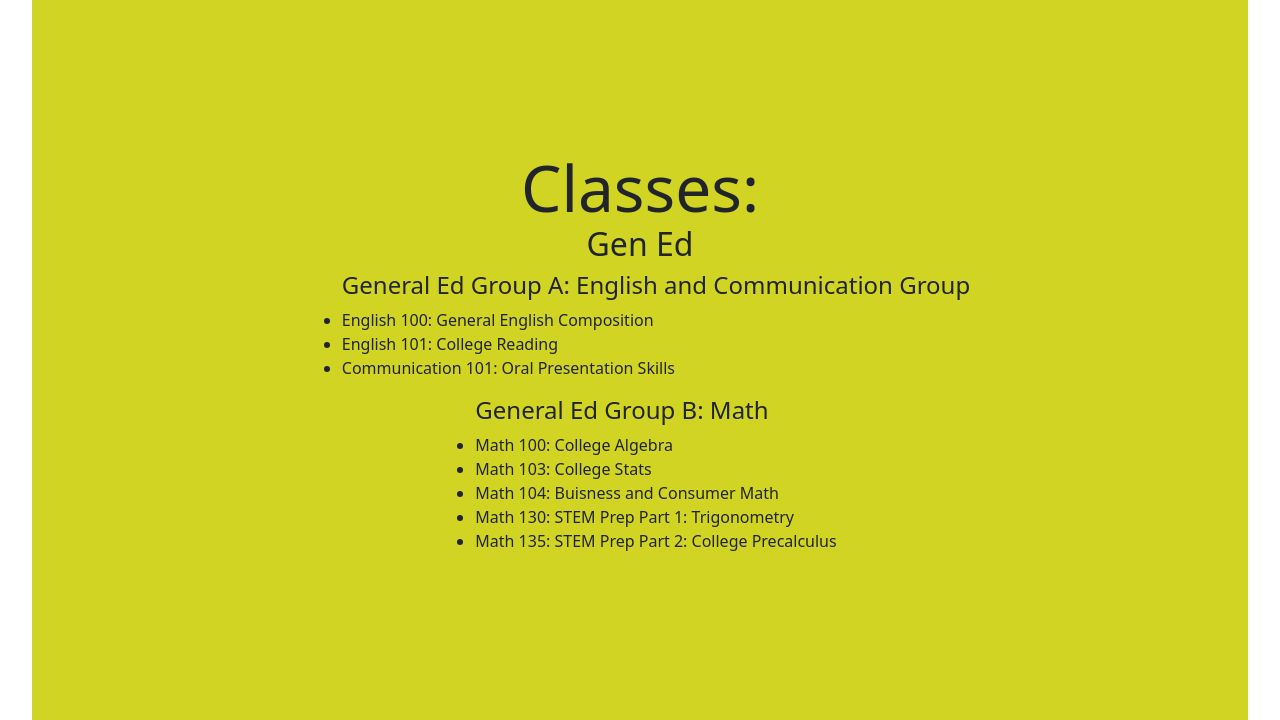
Repository: collegedude9300/zenschool
Page: /Classes
The author's editor kept a copy of each file at every save. The page is drawn from the files as they stood at one save, then again after the next save.
The browser window is 1280 px wide. The pictures show the whole page.
The project was rebuilt for these pictures with package versions that can differ from the ones it lists, and the page was loaded fresh each time. The framework's server and built-in components were replaced by stand-ins that run in the browser. Also part of the build but not shown: next.config.js.

Above is the page before, as saved 2022-10-27 10:16:31.

### pages/Classes.js
/* eslint-disable @next/next/no-html-link-for-pages */
import Head from 'next/head'
import Image from 'next/image'
import styles from '../styles/Home.module.css'
import 'bootstrap/dist/css/bootstrap.css'
export default function Classes() {
  return (
    //List

    <div className={styles.container}>
      <Head>
        <title>Classes</title>
        <meta name="description" content="Generated by create next app" />
        <link rel="icon" href="/favicon.png" />
      </Head>
      <main className={styles.main}>
        <h1 className={styles.title}>
          Classes:
        </h1>
    <h2> Gen Ed</h2>
        <ul>
    <h4>General Ed Group A: English and Communication Group </h4>
   <li> English 100: General English Composition </li>
    <li> English 101: College Reading </li>
    <li> Communication 101: Oral Presentation Skills </li>
    </ul>
       <ul>
       <h4>General Ed Group B: Math </h4>
    <li> Math 100: College Algebra </li>
    <li> Math 103: College Stats </li>
    <li> Math 104: Buisness and Consumer Math </li>
    <li> Math 130: STEM Prep Part 1: Trigonometry </li>
    <li> Math 135:  STEM Prep Part 2: College Precalculus </li>
    </ul>

      </main>
    </div>
  )
}

### styles/Home.module.css
.container {
  padding: 0 2rem;
}

.main {
  min-height: 100vh;
  padding: 4rem 0;
  flex: 1;
  display: flex;
  flex-direction: column;
  justify-content: center;
  align-items: center;
  background-color: #d1d422;
}

.footer {
  display: flex;
  flex: 1;
  padding: 2rem 0;
  border-top: 1px solid #eaeaea;
  justify-content: center;
  align-items: center;
}

.footer a {
  display: flex;
  justify-content: center;
  align-items: center;
  flex-grow: 1;
}

.title a {
  color: #0070f3;
  text-decoration: none;
}

.title a:hover,
.title a:focus,
.title a:active {
  text-decoration: underline;
}

.title {
  margin: 0;
  line-height: 1.15;
  font-size: 4rem;
}

.title,
.description {
  text-align: center;
}

.description {
  margin: 4rem 0;
  line-height: 1.5;
  font-size: 1.5rem;
}

.code {
  background: #fafafa;
  border-radius: 5px;
  padding: 0.75rem;
  font-size: 1.1rem;
  font-family: Menlo, Monaco, Lucida Console, Liberation Mono, DejaVu Sans Mono,
    Bitstream Vera Sans Mono, Courier New, monospace;
}

.grid {
  display: flex;
  align-items: center;
  justify-content: center;
  flex-wrap: wrap;
  max-width: 800px;
}

.card {
  margin: 1rem;
  padding: 1.5rem;
  text-align: left;
  color: inherit;
  text-decoration: none;
  border: 1px solid #eaeaea;
  border-radius: 10px;
  transition: color 0.15s ease, border-color 0.15s ease;
  max-width: 300px;
}

.card:hover,
.card:focus,
.card:active {
  color: #0070f3;
  border-color: #0070f3;
}

.card h2 {
  margin: 0 0 1rem 0;
  font-size: 1.5rem;
}

.card p {
  margin: 0;
  font-size: 1.25rem;
  line-height: 1.5;
}

.logo {
  height: 1em;
  margin-left: 0.5rem;
}

@media (max-width: 600px) {
  .grid {
    width: 100%;
    flex-direction: column;
  }
}

@media (prefers-color-scheme: dark) {
  .card,
  .footer {
    border-color: #222;
  }
  .code {
    background: #111;
  }
  .logo img {
    filter: invert(1);
  }
}

Loaded but not shown: pages/_app.js (common file); styles/globals.css (common file)

After the next save:
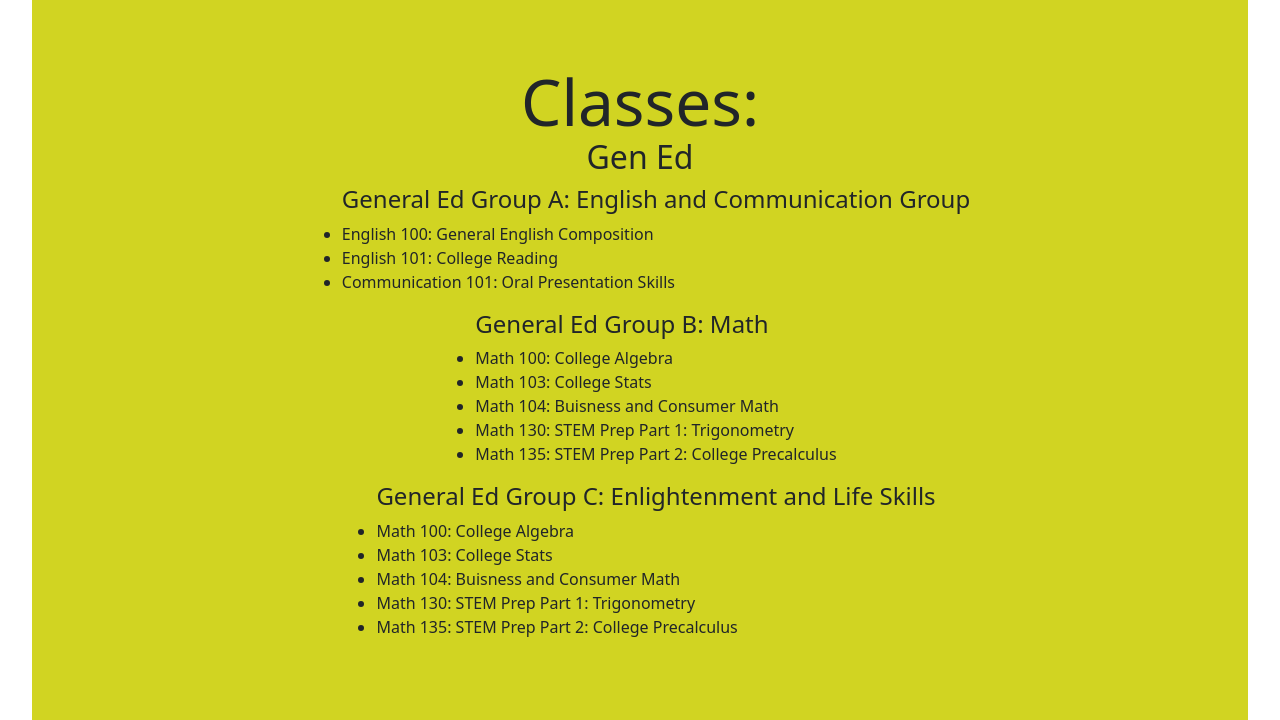
Saved 38 s later.
--- a/pages/Classes.js
+++ b/pages/Classes.js
@@ -32,7 +32,14 @@ export default function Classes() {
     <li> Math 130: STEM Prep Part 1: Trigonometry </li>
     <li> Math 135:  STEM Prep Part 2: College Precalculus </li>
     </ul>
-
+    <ul>
+    <h4>General Ed Group C: Enlightenment and Life Skills </h4>
+    <li> Math 100: College Algebra </li>
+    <li> Math 103: College Stats </li>
+    <li> Math 104: Buisness and Consumer Math </li>
+    <li> Math 130: STEM Prep Part 1: Trigonometry </li>
+    <li> Math 135:  STEM Prep Part 2: College Precalculus </li>
+    </ul>
       </main>
     </div>
   )
